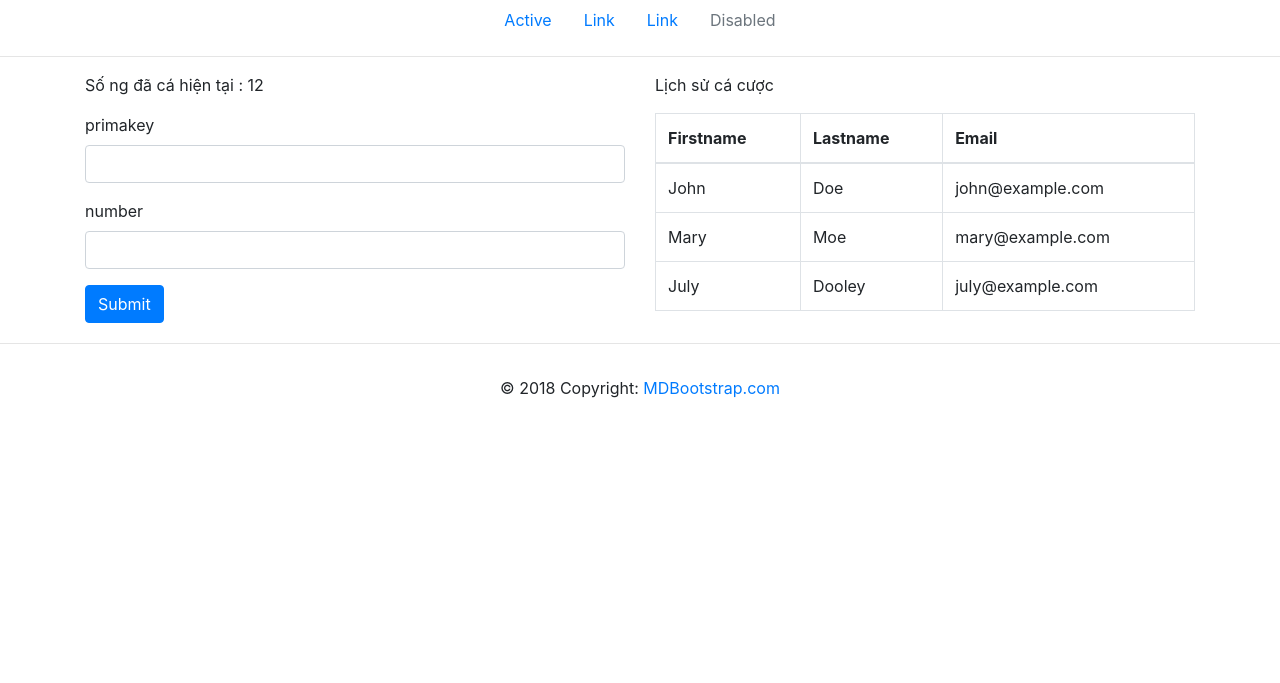
Repository: tienvins/vinsofts-blockchain-training-Oct2018
Page: http://localhost/
These files come from the project's save history. The page is drawn as it stood at one moment and after the next save; the edit follows.
The browser window is 1280 px wide. The pictures show the whole page.
The page is served by the project's Node server (index.js).

Above is the page before, as saved 2018-11-06 09:46:01.

After the next save:
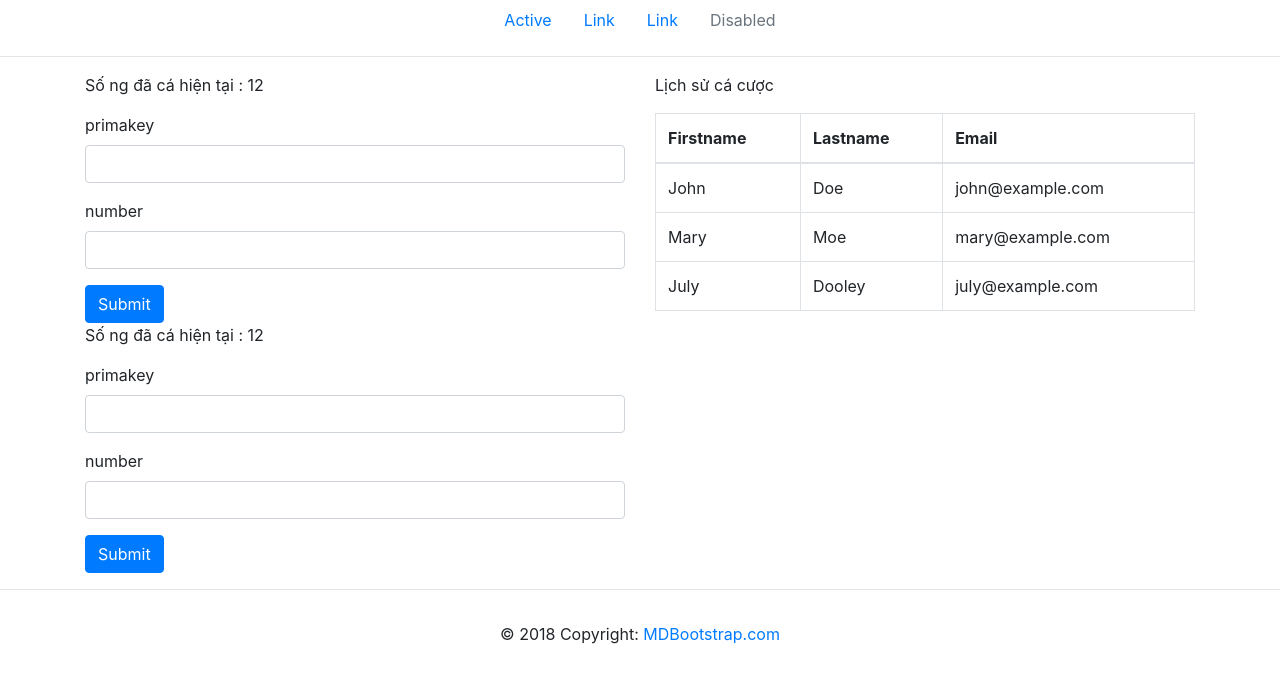
Saved 4 min 4 s later.
--- a/tunglt/dappbetting/views/home/index.ejs
+++ b/tunglt/dappbetting/views/home/index.ejs
@@ -4,6 +4,18 @@
 <div class="container">
   <div class="row">
     <div class="col-md-6">
+        <p>Số ng đã cá hiện tại : <%=songchoi%></p>
+        <form method="POST" action="transfer">
+          <div class="form-group">
+            <label>primakey</label>
+            <input type="text" class="form-control" name="privatekey">
+          </div>
+          <div class="form-group">
+            <label>number</label>
+            <input type="number" class="form-control" name="money">
+          </div>
+          <button type="submit" class="btn btn-primary">Submit</button>
+        </form>
       <p>Số ng đã cá hiện tại : <%=songchoi%></p>
       <form method="POST" action="transfer">
         <div class="form-group">

After the save that followed:
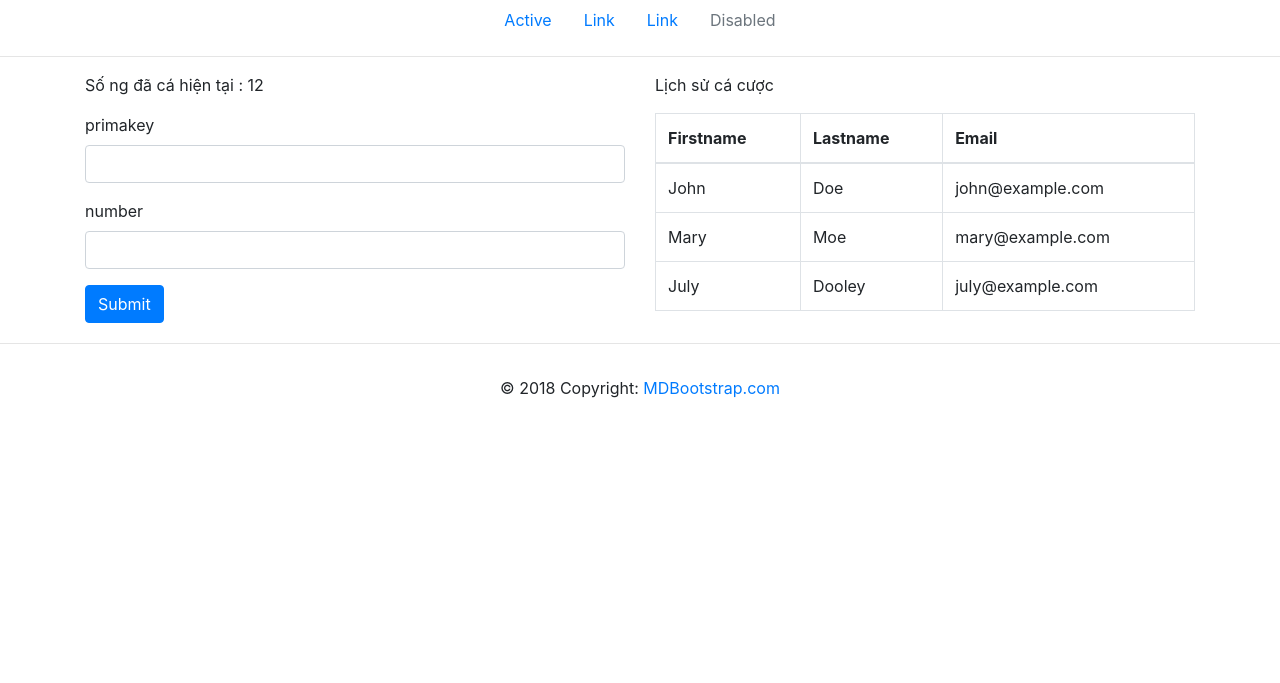
Saved 5 min 36 s later.
--- a/tunglt/dappbetting/views/home/index.ejs
+++ b/tunglt/dappbetting/views/home/index.ejs
@@ -4,18 +4,6 @@
 <div class="container">
   <div class="row">
     <div class="col-md-6">
-        <p>Số ng đã cá hiện tại : <%=songchoi%></p>
-        <form method="POST" action="transfer">
-          <div class="form-group">
-            <label>primakey</label>
-            <input type="text" class="form-control" name="privatekey">
-          </div>
-          <div class="form-group">
-            <label>number</label>
-            <input type="number" class="form-control" name="money">
-          </div>
-          <button type="submit" class="btn btn-primary">Submit</button>
-        </form>
       <p>Số ng đã cá hiện tại : <%=songchoi%></p>
       <form method="POST" action="transfer">
         <div class="form-group">
